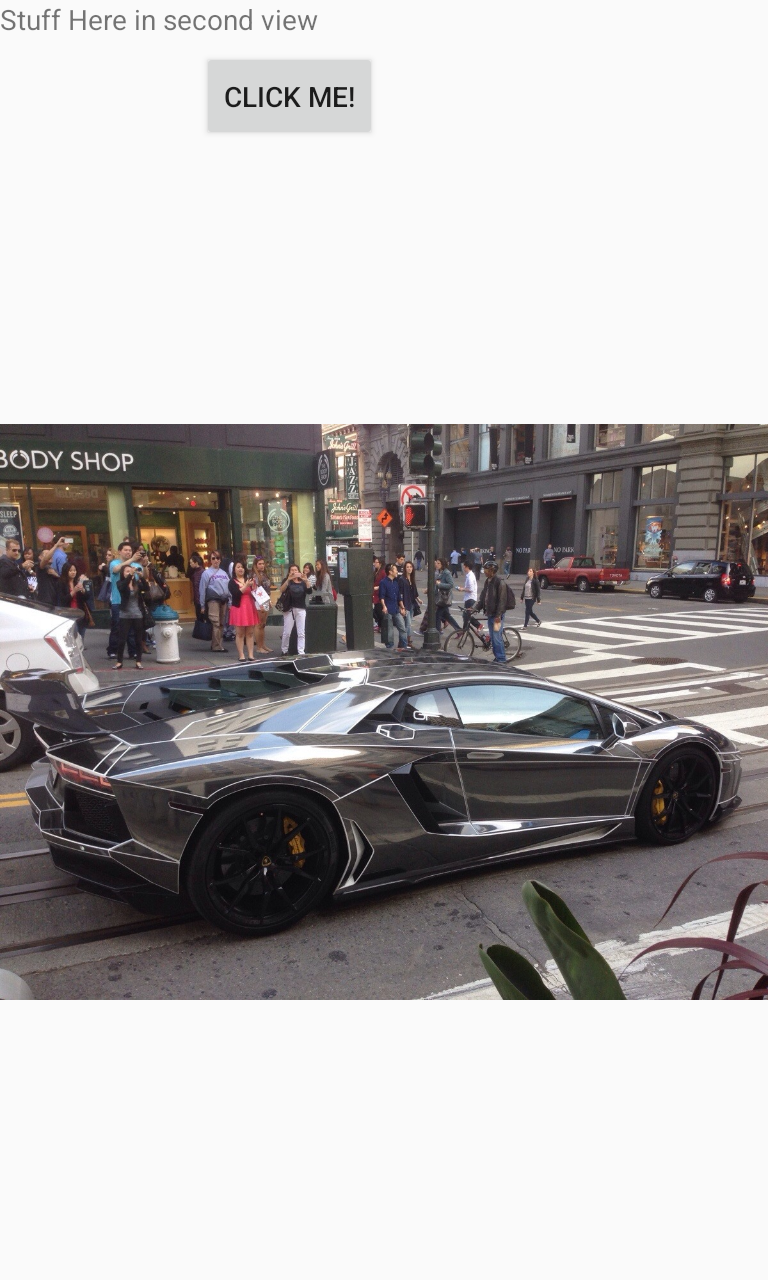
Repository: yuzhehu/workspace-androids
Layout: MyFirstApplication/res/layout/my_view.xml
These files come from the project's save history. The layout is drawn as it stood at one moment and after the next save; the edit follows.
It is drawn on a 768 x 1280 px phone screen (xhdpi) without system bars, with theme AppTheme; the app's code is not run.

Above is the layout before, as saved 2014-09-11 21:06:52.

After the next save:
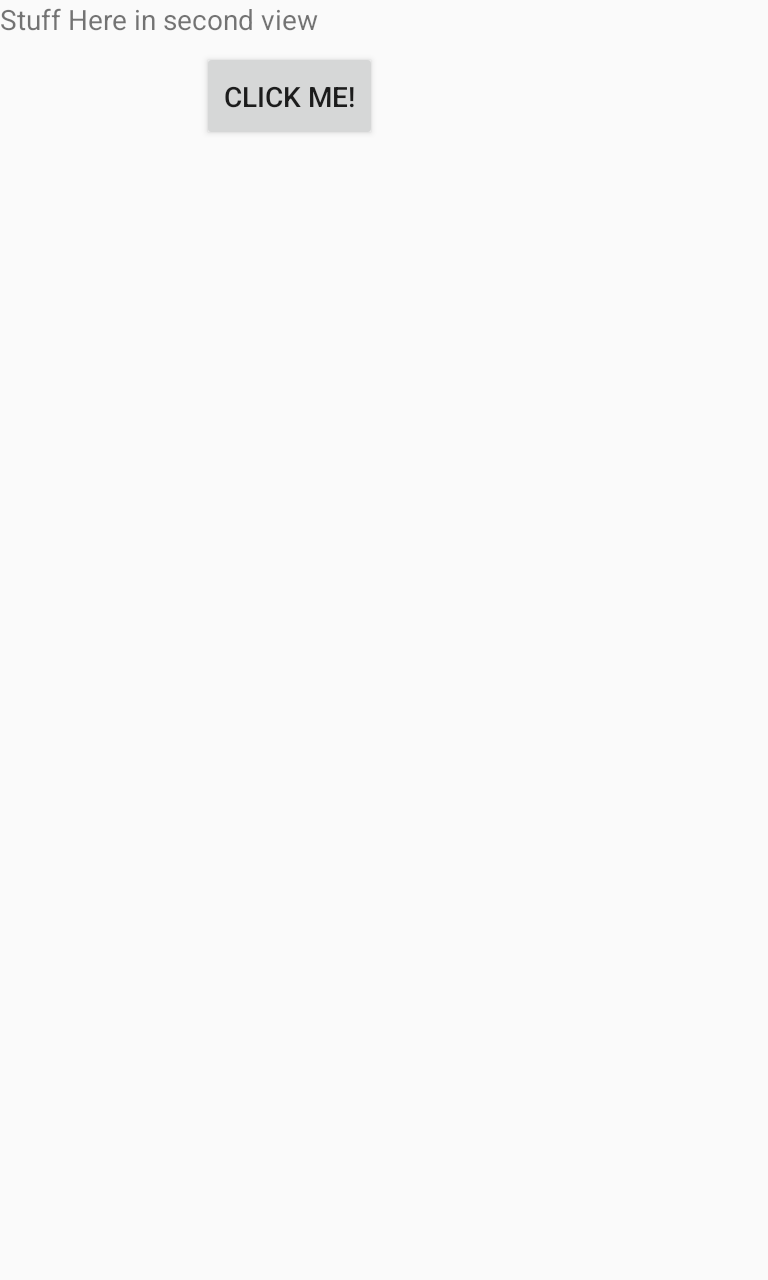
Saved 1 s later.
--- a/MyFirstApplication/res/layout/my_view.xml
+++ b/MyFirstApplication/res/layout/my_view.xml
@@ -25,6 +25,7 @@
         android:layout_width="match_parent"
         android:layout_height="wrap_content"
         android:layout_weight="0.35"
-        android:src="@drawable/test" />
+        android:src="@drawable/test"
+        android:visibility="gone" />
 
 </LinearLayout>
